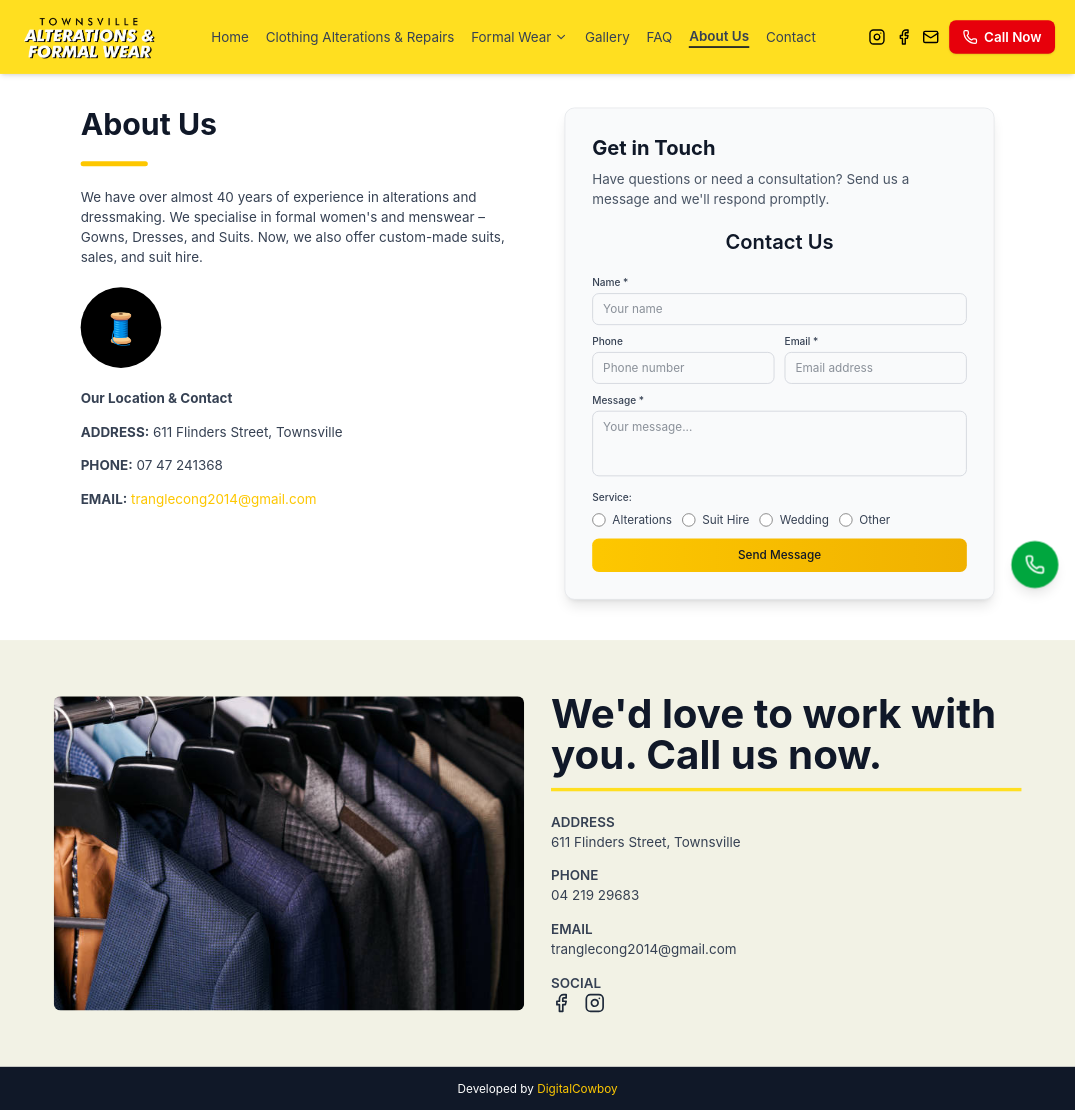
Repository: tarekhasan1/townsville-alteration
Page: /about-us
These files come from the project's save history. The page is drawn as it stood at one moment and after the next save; the edit follows.
The browser window is 1280 px wide. The pictures show the whole page, at 84% of full size.
The page's requests for data from a server got no answer. The project was rebuilt for these pictures with package versions that can differ from the ones it lists, and the page was loaded fresh each time. The framework's server and built-in components were replaced by stand-ins that run in the browser. No one was signed in, and anything a server would have sent is missing. Also part of the build but not shown: next.config.ts.

Above is the page before, as saved 2026-01-31 15:56:59.

### src/app/layout.tsx
import type { Metadata } from "next";
import Script from "next/script";
import "./globals.css";
import LayoutShell from "@/components/LayoutShell";
import FloatingCallButton from "@/components/FloatingCallButton";
import AnalyticsTracker from "@/components/AnalyticsTracker";

export const metadata: Metadata = {
  title: "Townsville Alterations and Formal Wear | Tailoring, Suit Hire, Alterations",
  description:
    "Townsville Alterations and Formal Wear - Reinvent Your Wardrobe. Hire or tailor-make outfits that turn heads. Expert suit hire, bridal alterations, and tailoring in Townsville.",
  keywords:
    "Townsville Tailoring, Formal Wear Townsville, Suit Hire, Alterations, Wedding Dress Alterations, Custom Tailoring",
  authors: [{ name: "Townsville Alterations & Formal Wear" }],
  creator: "Townsville Alterations & Formal Wear",
  publisher: "Townsville Alterations & Formal Wear",
  robots: "index, follow",
  icons: "/logo.png",
};

export default function RootLayout({
  children,
}: {
  children: React.ReactNode;
}) {
  return (
    <html lang="en">
      <head>
        {/* Google Tag Manager */}
        <Script
          id="gtm-script"
          strategy="afterInteractive"
          dangerouslySetInnerHTML={{
            __html: `
              (function(w,d,s,l,i){w[l]=w[l]||[];
              w[l].push({'gtm.start': new Date().getTime(),event:'gtm.js'});
              var f=d.getElementsByTagName(s)[0],
              j=d.createElement(s),dl=l!='dataLayer'?'&l='+l:'';
              j.async=true;j.src=
              'https://www.googletagmanager.com/gtm.js?id='+i+dl;
              f.parentNode.insertBefore(j,f);
              })(window,document,'script','dataLayer','GTM-WH7KD8GK');
            `,
          }}
        />
        {/* End Google Tag Manager */}
      </head>

      <body>
        {/* Google Tag Manager (noscript) */}
        <noscript>
          <iframe
            src="https://www.googletagmanager.com/ns.html?id=GTM-WH7KD8GK"
            height="0"
            width="0"
            style={{ display: "none", visibility: "hidden" }}
          />
        </noscript>
        {/* End Google Tag Manager (noscript) */}
        <AnalyticsTracker />

        <LayoutShell>{children}</LayoutShell>

        {/* Global Floating Call Button */}
        <FloatingCallButton />
      </body>
    </html>
  );
}

### src/app/about-us/page.tsx
import AboutUsSection from '@/components/AboutUsSection';
import React from 'react';

const page = () => {
    return (
        <div className='pt-[80px]'>
            <AboutUsSection/>
        </div>
    );
};

export default page;

### src/app/globals.css
@import "tailwindcss";

:root {
  --background: #ffffff;
  --foreground: #171717;
}

body {
  font-family: 'Inter', sans-serif;
  margin: 0;
  padding: 0;
}

### src/components/LayoutShell.tsx
// components/LayoutShell.tsx
'use client';

import { usePathname } from 'next/navigation';
import Navbar from '@/components/Navbar';
import ContactSection from '@/components/ContactSection';
import DevelopedBy from '@/components/DevelopedBy';

export default function LayoutShell({ children }: { children: React.ReactNode }) {
  const pathname = usePathname();
  const isAdminRoute = pathname.startsWith('/admin');

  return (
    <>
      {!isAdminRoute && <Navbar />}
      {children}
      {!isAdminRoute && (
        <>
          <ContactSection />
          <DevelopedBy />
        </>
      )}
    </>
  );
}

### src/components/FloatingCallButton.tsx
'use client';

import { Phone } from 'lucide-react';

export default function FloatingCallButton() {
  return (
    <a
      href="tel:0421929683" // <-- replace with real number
      aria-label="Call us now"
      className="
        fixed
        bottom-5
        right-5
        z-50
        flex
        items-center
        justify-center
        w-14
        h-14
        rounded-full
        bg-green-600
        text-white
        shadow-lg
        hover:bg-green-700
        active:scale-95
        transition
      "
    >
      <Phone className="w-6 h-6" />
    </a>
  );
}

### src/components/AnalyticsTracker.tsx
/* eslint-disable @typescript-eslint/no-explicit-any */
"use client";

import { usePathname } from "next/navigation";
import { useEffect } from "react";

declare global {
  interface Window {
    dataLayer: any[];
  }
}

export default function AnalyticsTracker() {
  const pathname = usePathname();

  useEffect(() => {
    if (typeof window === "undefined") return;
    if (!window.dataLayer) return;

    window.dataLayer.push({
      event: "pageview",
      page_path: pathname,
    });
  }, [pathname]);

  return null;
}

### src/components/AboutUsSection.tsx
/* eslint-disable react/no-unescaped-entities */
'use client';

import ContactForm from '@/components/ContactForm'; // Import the form

export default function AboutUsSection() {
    return (
        <section className="bg-white py-12 px-6 md:px-12 lg:px-24 text-gray-800">
            <div className="max-w-7xl mx-auto">
                <div className="flex flex-col lg:flex-row gap-10 lg:gap-16 items-start">
                    {/* Left Column - About Us Content */}
                    <div className="lg:w-1/2">
                        <div className="text-center lg:text-left">
                            <h2 className="text-3xl md:text-4xl font-bold text-gray-900 mb-4">About Us</h2>
                            <hr className="w-20 border-yellow-400 border-[3px] lg:mx-0 my-6 rounded-full mx-auto" />
                            <p className="text-gray-700 mb-6">
                                We have over almost 40 years of experience in alterations and dressmaking. We specialise in formal
                                women's and menswear – Gowns, Dresses, and Suits. Now, we also offer custom-made suits, sales, and suit hire.
                            </p>

                            <div className="flex lg:justify-start justify-center mb-6">
                                <div className="w-24 h-24 bg-black rounded-full flex items-center justify-center">
                                    <span className="text-white text-4xl">🧵</span>
                                </div>
                            </div>

                            <div className="text-gray-700 space-y-4">
                                <h3 className="font-bold">Our Location & Contact</h3>
                                <p><strong>ADDRESS:</strong> 611 Flinders Street, Townsville</p>
                                <p><strong>PHONE:</strong> 07 47 241368</p>
                                <a href='mailto:tranglecong2014@gmail.com' className="block hover:text-yellow-600 transition-colors">
                                    <strong>EMAIL:</strong> <span className="text-yellow-400">tranglecong2014@gmail.com</span>
                                </a>
                            </div>
                        </div>
                    </div>

                    {/* Right Column - Contact Form */}
                    <div className="lg:w-1/2">
                        <div className="bg-gray-50 p-6 md:p-8 rounded-xl shadow-lg border border-gray-200">
                            <div className="mb-6">
                                <h2 className="text-2xl font-bold text-gray-900 mb-2">
                                    Get in Touch
                                </h2>
                                <p className="text-gray-600">
                                    Have questions or need a consultation? Send us a message and we'll respond promptly.
                                </p>
                            </div>
                            <ContactForm />
                        </div>
                    </div>
                </div>
            </div>
        </section>
    );
}

### src/components/ContactSection.tsx
'use client';

import Image from 'next/image';
import { Facebook, Instagram } from 'lucide-react';

export default function ContactSection() {
  return (
    <footer
      id="contact"
      aria-labelledby="contact-us"
      className="bg-[#f2f2e5] p-8 md:p-12 lg:p-16"
    >
      <div className="mx-auto grid grid-cols-1 md:grid-cols-2 gap-8 items-center">
        <div className="w-full h-auto relative">
          <Image
            src="/tailored-suit.jpg"
            alt="Tailored suits on hangers"
            width={600}
            height={400}
            className="rounded-lg"
            priority
          />
        </div>
        <div className="space-y-6 text-center md:text-left">
          <h2
            id="contact-us"
            className="text-4xl md:text-5xl font-bold text-gray-900 mb-4"
          >
            We&apos;d love to work with you. Call us now.
          </h2>
          <hr className="border-yellow-300 border-[2px]" />
          <div className="space-y-4 text-gray-700">
            <div>
              <h3 className="font-semibold">ADDRESS</h3>
              <p>611 Flinders Street, Townsville</p>
            </div>
            <div>
              <h3 className="font-semibold">PHONE</h3>
              <p>04 219 29683</p>
            </div>
            <div>
              <h3 className="font-semibold">EMAIL</h3>
              <p>
                <a
                  href="mailto:tranglecong2014@gmail.com"
                  className="hover:text-gray-600"
                  aria-label="Email us at sales@tsvalterationsandformalwear.com"
                >
                  tranglecong2014@gmail.com
                </a>
              </p>
            </div>
            <div>
              <h3 className="font-semibold">SOCIAL</h3>
              <div className="flex justify-center md:justify-start space-x-4 text-xl">
                <a
                  target="_blank"
                  href="https://www.facebook.com/DressmakingAlterationsTownsville"
                  aria-label="Facebook - Townsville Alterations and Formal Wear"
                  className="text-gray-800 hover:text-gray-600"
                >
                  <Facebook size={24} />
                </a>
                <a
                  target="_blank"
                  href="https://www.instagram.com/tsvalterationformal?igsh=bXJkaXp3eXN4Yml2"
                  aria-label="Instagram - Townsville Alterations and Formal Wear"
                  className="text-gray-800 hover:text-gray-600"
                >
                  <Instagram size={24} />
                </a>
              </div>
            </div>
          </div>
        </div>
      </div>
    </footer>
  );
}

### src/components/DevelopedBy.tsx
// components/DevelopedBy.js

import React from 'react';

const DevelopedBy = () => {
  return (
    <footer className="bg-gray-900 text-white text-center py-4">
      <p className="text-sm">
        Developed by{' '}
        <a
          href="https://digitalcowboy.com.au"
          className="text-yellow-400 hover:underline"
          target="_blank"
          rel="noopener noreferrer"
        >
          DigitalCowboy
        </a>
      </p>
    </footer>
  );
};

export default DevelopedBy;

### actions/contact.action.ts
/* eslint-disable @typescript-eslint/no-explicit-any */
/* eslint-disable @typescript-eslint/no-unused-vars */
// lib/contact.actions.ts
'use client';

import {
  collection,
  addDoc,
  getDocs,
  query,
  orderBy,
  where,
  Timestamp,
  updateDoc,
  doc,
  deleteDoc,
  DocumentData,
  QuerySnapshot,
  QueryDocumentSnapshot
} from "firebase/firestore";
import { db } from "@/firebase/config";

export interface ContactMessage {
  id?: string;
  name: string;
  email: string;
  phone: string;
  message: string;
  service?: string;
  status: 'new' | 'responded' | 'archived';
  createdAt: Date;
  respondedAt?: Date;
  adminNotes?: string;
  adminResponder?: string;
}

export interface SubmitContactFormData {
  name: string;
  email: string;
  phone: string;
  message: string;
  service?: string;
}

export interface SubmitResult {
  success: boolean;
  messageId?: string;
  error?: string;
}

export interface FetchMessagesResult {
  messages: ContactMessage[];
  total: number;
}

export interface UpdateMessageData {
  status?: 'new' | 'responded' | 'archived';
  adminNotes?: string;
  adminResponder?: string;
}

// Submit contact form data to database
export const submitContactForm = async (data: SubmitContactFormData): Promise<SubmitResult> => {
  try {
    const messagesRef = collection(db, 'messages');

    const messageData = {
      name: data.name.trim(),
      email: data.email.trim(),
      phone: data.phone?.trim() || '',
      message: data.message.trim(),
      service: data.service?.toLowerCase() || '',
      status: 'new' as const,
      createdAt: Timestamp.now(),
      respondedAt: null,
      adminNotes: '',
      adminResponder: ''
    };

    const docRef = await addDoc(messagesRef, messageData);

    return {
      success: true,
      messageId: docRef.id
    };
  } catch (error) {
    console.error('Error submitting contact form:', error);
    return {
      success: false,
      error: error instanceof Error ? error.message : 'Failed to submit form'
    };
  }
};

// Fetch all messages with optional filtering and sorting
export const fetchMessages = async (
  status?: ContactMessage['status'],
  limit?: number,
  sortBy: 'createdAt' | 'name' = 'createdAt',
  sortOrder: 'asc' | 'desc' = 'desc'
): Promise<FetchMessagesResult> => {
  try {
    const messagesRef = collection(db, 'messages');
    let q = query(messagesRef, orderBy(sortBy, sortOrder));

    if (status) {
      q = query(messagesRef, where('status', '==', status), orderBy(sortBy, sortOrder));
    }

    const snapshot = await getDocs(q);
    let messages = snapshot.docs.map(doc => {
      const data = doc.data();
      return {
        id: doc.id,
        name: data.name,
        email: data.email,
        phone: data.phone,
        message: data.message,
        service: data.service,
        status: data.status,
        createdAt: data.createdAt?.toDate() || new Date(),
        respondedAt: data.respondedAt?.toDate(),
        adminNotes: data.adminNotes,
        adminResponder: data.adminResponder
      };
    });

    if (limit) {
      messages = messages.slice(0, limit);
    }

    return {
      messages,
      total: snapshot.size
    };
  } catch (error) {
    console.error('Error fetching messages:', error);
    throw new Error('Failed to fetch messages');
  }
};

// Fetch a single message by ID
export const fetchMessageById = async (id: string): Promise<ContactMessage | null> => {
  try {
    const messagesRef = collection(db, 'messages');
    const q = query(messagesRef, where('__name__', '==', id));
    const snapshot = await getDocs(q);

    if (snapshot.empty) {
      return null;
    }

    const doc = snapshot.docs[0];
    const data = doc.data();

    return {
      id: doc.id,
      name: data.name,
      email: data.email,
      phone: data.phone,
      message: data.message,
      service: data.service,
      status: data.status,
      createdAt: data.createdAt?.toDate() || new Date(),
      respondedAt: data.respondedAt?.toDate(),
      adminNotes: data.adminNotes,
      adminResponder: data.adminResponder
    };
  } catch (error) {
    console.error('Error fetching message:', error);
    throw new Error('Failed to fetch message');
  }
};

// Update message (admin response)
export const updateMessage = async (
  messageId: string,
  updateData: UpdateMessageData
): Promise<boolean> => {
  try {
    const messageRef = doc(db, 'messages', messageId);

    const updateObject: any = {};

    if (updateData.status) {
      updateObject.status = updateData.status;
      if (updateData.status === 'responded') {
        updateObject.respondedAt = Timestamp.now();
      }
    }

    if (updateData.adminNotes !== undefined) {
      updateObject.adminNotes = updateData.adminNotes;
    }

    if (updateData.adminResponder !== undefined) {
      updateObject.adminResponder = updateData.adminResponder;
    }

    await updateDoc(messageRef, updateObject);
    return true;
  } catch (error) {
    console.error('Error updating message:', error);
    throw new Error('Failed to update message');
  }
};

// Mark message as responded
export const markAsResponded = async (
  messageId: string,
  adminName: string,
  adminNotes?: string
): Promise<boolean> => {
  try {
    const messageRef = doc(db, 'messages', messageId);

    await updateDoc(messageRef, {
      status: 'responded',
      respondedAt: Timestamp.now(),
      adminResponder: adminName,
      adminNotes: adminNotes || ''
    });

    return true;
  } catch (error) {
    console.error('Error marking message as responded:', error);
    throw new Error('Failed to mark message as responded');
  }
};

// Delete message
export const deleteMessage = async (messageId: string): Promise<boolean> => {
  try {
    const messageRef = doc(db, 'messages', messageId);
    await deleteDoc(messageRef);
    return true;
  } catch (error) {
    console.error('Error deleting message:', error);
    throw new Error('Failed to delete message');
  }
};

// Archive message
export const archiveMessage = async (messageId: string): Promise<boolean> => {
  try {
    return await updateMessage(messageId, { status: 'archived' });
  } catch (error) {
    console.error('Error archiving message:', error);
    throw new Error('Failed to archive message');
  }
};

// Get message statistics
export const getMessageStats = async (): Promise<{
  total: number;
  new: number;
  responded: number;
  archived: number;
}> => {
  try {
    const messagesRef = collection(db, 'messages');
    const snapshot = await getDocs(messagesRef);

    const stats = {
      total: 0,
      new: 0,
      responded: 0,
      archived: 0
    };

    snapshot.forEach(doc => {
      const data = doc.data();
      stats.total++;

      switch (data.status) {
        case 'new':
          stats.new++;
          break;
        case 'responded':
          stats.responded++;
          break;
        case 'archived':
          stats.archived++;
          break;
      }
    });

    return stats;
  } catch (error) {
    console.error('Error fetching message stats:', error);
    throw new Error('Failed to fetch message statistics');
  }
};

// Search messages by name or email
export const searchMessages = async (searchTerm: string): Promise<ContactMessage[]> => {
  try {
    // Note: Firestore doesn't support OR queries directly with different fields
    // We'll fetch all and filter client-side for small datasets
    // For larger datasets, consider using a search index like Algolia

    const messagesRef = collection(db, 'messages');
    const snapshot = await getDocs(messagesRef);

    const searchLower = searchTerm.toLowerCase();

    const messages = snapshot.docs
      .map(doc => {
        const data = doc.data();
        return {
          id: doc.id,
          name: data.name,
          email: data.email,
          phone: data.phone,
          message: data.message,
          service: data.service,
          status: data.status,
          createdAt: data.createdAt?.toDate() || new Date(),
          respondedAt: data.respondedAt?.toDate(),
          adminNotes: data.adminNotes,
          adminResponder: data.adminResponder
        };
      })
      .filter(message =>
        message.name.toLowerCase().includes(searchLower) ||
        message.email.toLowerCase().includes(searchLower) ||
        message.message.toLowerCase().includes(searchLower)
      );

    return messages;
  } catch (error) {
    console.error('Error searching messages:', error);
    throw new Error('Failed to search messages');
  }
};

### src/firebase/config.ts
// Import the functions you need from the SDKs you need
import { initializeApp } from "firebase/app";
import { getFirestore } from 'firebase/firestore';
import { getStorage } from 'firebase/storage';
// TODO: Add SDKs for Firebase products that you want to use
// https://firebase.google.com/docs/web/setup#available-libraries

// Your web app's Firebase configuration
const firebaseConfig = {
  apiKey: process.env.NEXT_PUBLIC_FIREBASE_API_KEY,
  authDomain: process.env.NEXT_PUBLIC_FIREBASE_AUTH_DOMAIN,
  projectId: process.env.NEXT_PUBLIC_FIREBASE_PROJECT_ID,
  storageBucket: process.env.NEXT_PUBLIC_FIREBASE_STORAGE_BUCKET,
  messagingSenderId: process.env.NEXT_PUBLIC_FIREBASE_MESSAGING_SENDER_ID,
  appId: process.env.NEXT_PUBLIC_FIREBASE_APP_ID
};

// Initialize Firebase
const app = initializeApp(firebaseConfig);
export const db = getFirestore(app);
export const storage = getStorage(app);

Loaded but not shown: src/components/ContactForm.tsx (255 lines, source omitted); src/components/Navbar.tsx (201 lines, source omitted)

After the next save:
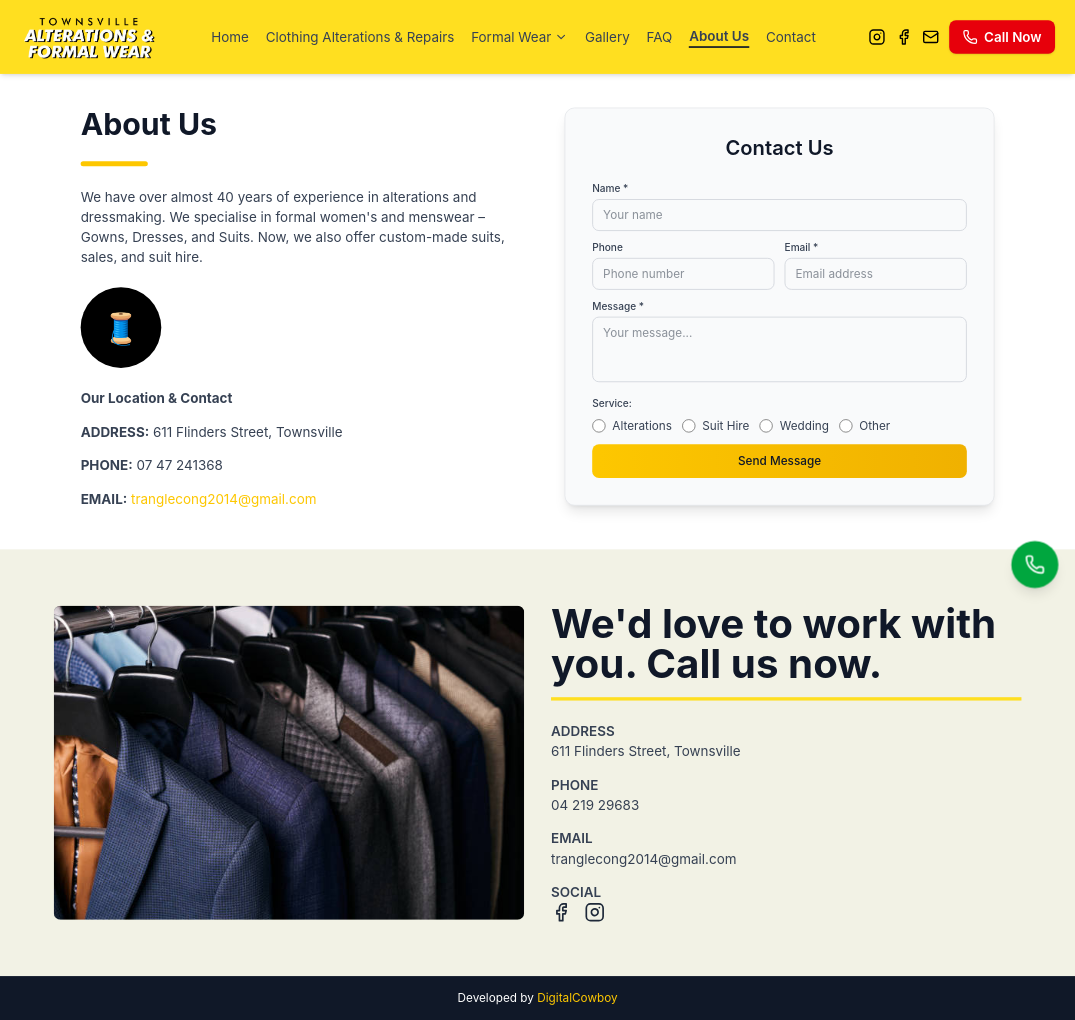
Saved 25 s later.
--- a/src/components/AboutUsSection.tsx
+++ b/src/components/AboutUsSection.tsx
@@ -38,14 +38,6 @@ export default function AboutUsSection() {
                     {/* Right Column - Contact Form */}
                     <div className="lg:w-1/2">
                         <div className="bg-gray-50 p-6 md:p-8 rounded-xl shadow-lg border border-gray-200">
-                            <div className="mb-6">
-                                <h2 className="text-2xl font-bold text-gray-900 mb-2">
-                                    Get in Touch
-                                </h2>
-                                <p className="text-gray-600">
-                                    Have questions or need a consultation? Send us a message and we'll respond promptly.
-                                </p>
-                            </div>
                             <ContactForm />
                         </div>
                     </div>
